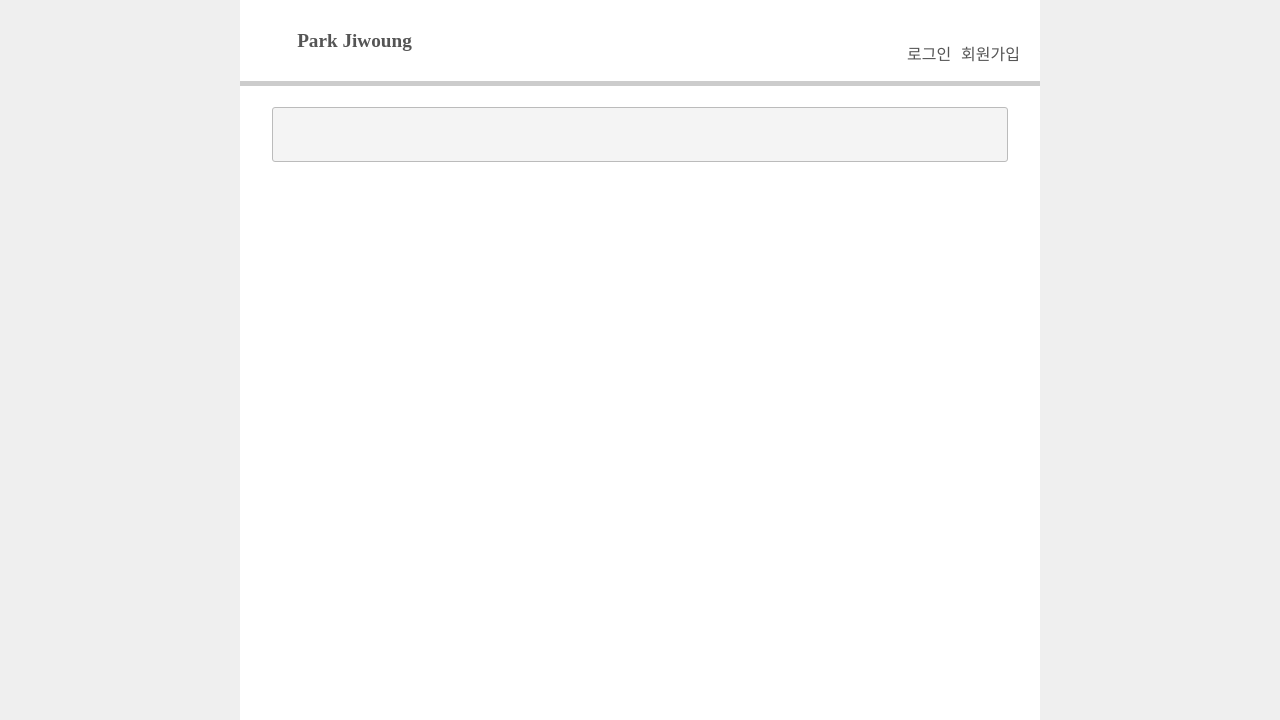
Repository: park-jiwoong/webClass
Page: http://localhost/jspPro/days02/test01.jsp
The author's editor kept a copy of each file at every save. The page is drawn from the files as they stood at one save, then again after the next save.
The browser window is 1280 px wide. The pictures show the whole page.
Some web fonts or font styles are not loaded; a fallback is used. The page is served by Tomcat 9.

Above is the page before, as saved 2025-05-21 23:58:49.

After the next save:
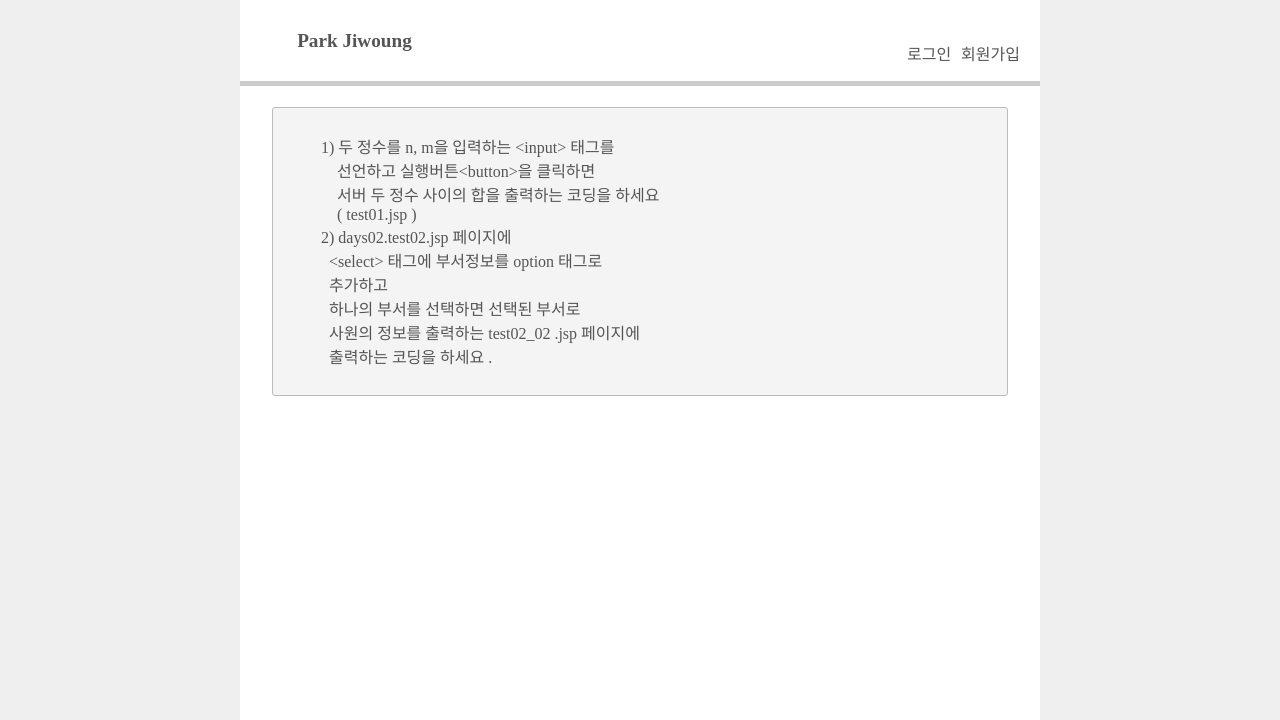
Saved 14 min 18 s later.
--- a/webPro/src/main/webapp/JSPClass/jspPro/src/main/webapp/days02/test01.jsp
+++ b/webPro/src/main/webapp/JSPClass/jspPro/src/main/webapp/days02/test01.jsp
@@ -25,6 +25,16 @@
 </header>
 <div>
     <xmp class="code">
+        1) 두 정수를 n, m을 입력하는 <input> 태그를
+            선언하고 실행버튼<button>을 클릭하면
+            서버 두 정수 사이의 합을 출력하는 코딩을 하세요
+            ( test01.jsp )
+     	2) days02.test02.jsp 페이지에
+          <select> 태그에 부서정보를 option 태그로
+          추가하고
+          하나의 부서를 선택하면 선택된 부서로
+          사원의 정보를 출력하는 test02_02 .jsp 페이지에
+          출력하는 코딩을 하세요 .
     </xmp>
 </div>
 </body>
